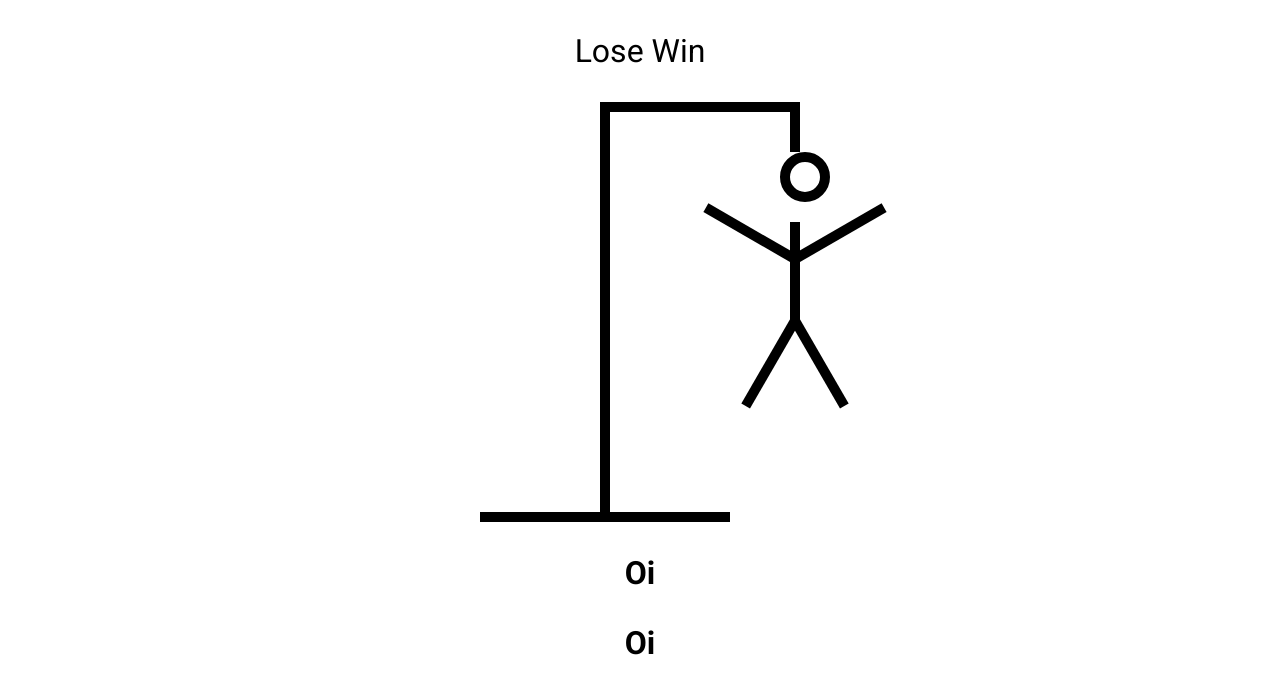
Repository: guilhermecardoso93/jogodaforca
Page: /
The author's editor kept a copy of each file at every save. The page is drawn from the files as they stood at one save, then again after the next save.
The browser window is 1280 px wide. The pictures show the whole page.
The project was rebuilt for these pictures with package versions that can differ from the ones it lists, and the page was loaded fresh each time. Also part of the build but not shown: vite.config.ts.

Above is the page before, as saved 2022-12-06 21:03:14.

### index.html
<!DOCTYPE html>
<html lang="en">
  <head>
    <meta charset="UTF-8" />
    <link rel="icon" type="image/svg+xml" href="/vite.svg" />
    <meta name="viewport" content="width=device-width, initial-scale=1.0" />
    <link rel="preconnect" href="https://fonts.googleapis.com"><link
      rel="preconnect" href="https://fonts.gstatic.com" crossorigin><link
      href="https://fonts.googleapis.com/css2?family=Roboto:ital,wght@0,400;0,500;0,700;1,400&display=swap"
      rel="stylesheet">
    <title>Vite + React + TS</title>
  </head>
  <body>
    <div id="root"></div>
    <script type="module" src="/src/main.tsx"></script>
  </body>
</html>

### src/App.tsx
import { useState } from "react";
import words from "./wordList.json";

import { HangmanDrawing } from "./components/HangmanDrawing";
import { HangmanWord } from "./components/HangmanWord";
import { Keyboard } from "./components/Keyboard";

import "./App.css";

export function App() {
  const randomWords = () => {
    return words[Math.floor(Math.random() * words.length)];
  };

  const [wordToGuess, setWordToGuess] = useState(randomWords);
  const [guessedLetters, setGuessedLetters] = useState<string[]>([]);

  console.log(wordToGuess);
  return (
    <div className="container">
      <div className="loseOrWin">Lose Win</div>
      <HangmanDrawing />
      <HangmanWord />
      <Keyboard />
    </div>
  );
}

### src/wordList.json
[
  "capaz",
  "sobre",
  "absoluto",
  "aceitar",
  "conta",
  "alcançar",
  "através",
  "ativo",
  "real",
  "Admitem",
  "anunciar",
  "afetar",
  "proporcionar",
  "depois",
  "tarde",
  "novamente",
  "contra",
  "agente",
  "aceita",
  "permitir",
  "quase",
  "já",
  "tudo bem",
  "também",
  "Apesar",
  "sempre",
  "América",
  "quantia",
  "outro",
  "responda",
  "separado",
  "aparente",
  "aparecer",
  "Aplique",
  "nomear",
  "abordagem",
  "apropriado",
  "área",
  "argumentar",
  "arranjo",
  "associado",
  "presumir",
  "participar",
  "autoridade",
  "acessível",
  "consciente",
  "horrível",
  "bebê",
  "Saldo",
  "bola",
  "banco",
  "base",
  "base",
  "urso",
  "bater",
  "beleza",
  "Porque",
  "antes da",
  "começar",
  "acreditam",
  "beneficiar",
  "melhor",
  "entre",
  "conta",
  "nascimento",
  "Preto",
  "cara",
  "sangue",
  "golpe",
  "limite",
  "linha",
  "Lista",
  "ouço",
  "pequena",
  "viver",
  "carregar",
  "local",
  "trancar",
  "Londres",
  "grandes",
  "olhar",
  "senhor",
  "perder",
  "amor",
  "sorte",
  "almoço",
  "máquina",
  "faço",
  "gerir",
  "muitos",
  "marca",
  "mercado",
  "casar",
  "Combine",
  "matéria",
  "significa",
  "significado",
  "a medida",
  "encontrar",
  "membro",
  "menção",
  "meio",
  "poderia",
  "milha",
  "ouvir",
  "coração",
  "aquecer",
  "pesado",
  "inferno",
  "ajuda",
  "aqui",
  "Alto",
  "história",
  "aguarde",
  "feriado",
  "casa",
  "honesto",
  "esperança",
  "cavalo",
  "hospital",
  "hora",
  "lar",
  "Contudo",
  "olá",
  "centenas",
  "esposo",
  "idéia",
  "identificar",
  "Imagine",
  "importante",
  "melhorar",
  "incluir",
  "renda",
  "aumentar",
  "na verdade",
  "Individual",
  "indústria",
  "informar",
  "garantir",
  "interesse",
  "em",
  "introduzir",
  "investir",
  "envolver",
  "questão",
  "item",
  "Jesus",
  "Junte",
  "juiz",
  "pular",
  "apenas",
  "guarda",
  "matar",
  "Gentil",
  "rei",
  "cozinha",
  "bater",
  "conhecer",
  "trabalho",
  "senhora",
  "terra",
  "Língua",
  "ampla",
  "último",
  "tarde",
  "riso",
  "conduzir",
  "aprender",
  "sair",
  "deixei",
  "menos",
  "carta",
  "nível",
  "vida",
  "leve",
  "Curti",
  "provável",
  "cinco",
  "apartamento",
  "piso",
  "Segue",
  "Comida",
  "pé",
  "força",
  "esquecer",
  "Formato",
  "fortuna",
  "frente",
  "quatro",
  "França",
  "gratuitamente",
  "amigo",
  "a partir de",
  "frente",
  "cheio",
  "função",
  "fundo",
  "futuro",
  "jogos",
  "jardim",
  "em geral",
  "Alemanha",
  "menina",
  "dar",
  "vidro",
  "Boa",
  "adeus",
  "governo",
  "grande",
  "conceder",
  "excelente",
  "verde",
  "chão",
  "grupo",
  "crescer",
  "acho",
  "cabelo",
  "metade",
  "corredor",
  "mão",
  "pendurar",
  "acontecer",
  "feliz",
  "duro",
  "odiar",
  "tenho",
  "cabeça",
  "saúde"
]

### src/components/HangmanDrawing.tsx
const HEAD = (
  <div
    style={{
      width: "50px",
      height: "50px",
      borderRadius: "100%",
      border: "10px solid black",
      position: "absolute",
      top: "50px",
      right: "-30px",
    }}
  />
);

const BODY = (
  <div
    style={{
      width: "10px",
      height: "100px",
      background: "black",
      position: "absolute",
      top: "120px",
      right: 0,
    }}
  />
);

const RIGHT_ARM = (
  <div
    style={{
      width: "100px",
      height: "10px",
      background: "black",
      position: "absolute",
      top: "150px",
      right: "-100px",
      rotate: "-30deg",
      transformOrigin: "left bottom",
    }}
  />
);

const LEFT_ARM = (
  <div
    style={{
      width: "100px",
      height: "10px",
      background: "black",
      position: "absolute",
      top: "150px",
      right: "10px",
      rotate: "30deg",
      transformOrigin: "right bottom",
    }}
  />
);

const RIGHT_LEG = (
  <div
    style={{
      width: "100px",
      height: "10px",
      background: "black",
      position: "absolute",
      top: "210px",
      right: "-90px",
      rotate: "60deg",
      transformOrigin: "left bottom",
    }}
  />
);

const LEFT_LEG = (
  <div
    style={{
      width: "100px",
      height: "10px",
      background: "black",
      position: "absolute",
      top: "210px",
      right: 0,
      rotate: "-60deg",
      transformOrigin: "right bottom",
    }}
  />
);

const BODY_PARTS = [HEAD, BODY, RIGHT_ARM, LEFT_ARM, RIGHT_LEG, LEFT_LEG];

type HangmanDrawingProps = {
  numberOfGuesses: number
}

export function HangmanDrawing() {
  return (
    <div style={{ position: "relative" }}>
      {BODY_PARTS}
      <div
        style={{
          height: "50px",
          width: "10px",
          background: "black",
          position: "absolute",
          top: 0,
          right: 0,
        }}
      />
      <div
        style={{
          height: "10px",
          width: "200px",
          background: "black",
          marginLeft: "120px",
        }}
      />
      <div
        style={{
          height: "400px",
          width: "10px",
          background: "black",
          marginLeft: "120px",
        }}
      />
      <div style={{ height: "10px", width: "250px", background: "black" }} />
    </div>
  );
}

### src/components/HangmanWord.tsx
export function HangmanWord() {
  return (
    <div>
      <h1>Oi</h1>
    </div>
  )
}

### src/components/Keyboard.tsx
export function Keyboard() {
  return (
    <div>
      <h1>Oi</h1>
    </div>
  )
}

### src/App.css
* {
  margin: 0;
  passing: 0;
  box-sizing: border-box;
  font-family: 'Roboto', sans-serif;
}

body {
  margin: 2rem;
}

.container {
  max-width: 800px;
  display: flex;
  flex-direction: column;
  gap: 2rem;
  margin: 0 auto;
  align-items: center;
  justify-content: center;
}

.loseOrWin {
  font-size: 2rem;
  text-align: center;
}

Loaded but not shown: src/main.tsx (common file)

After the next save:
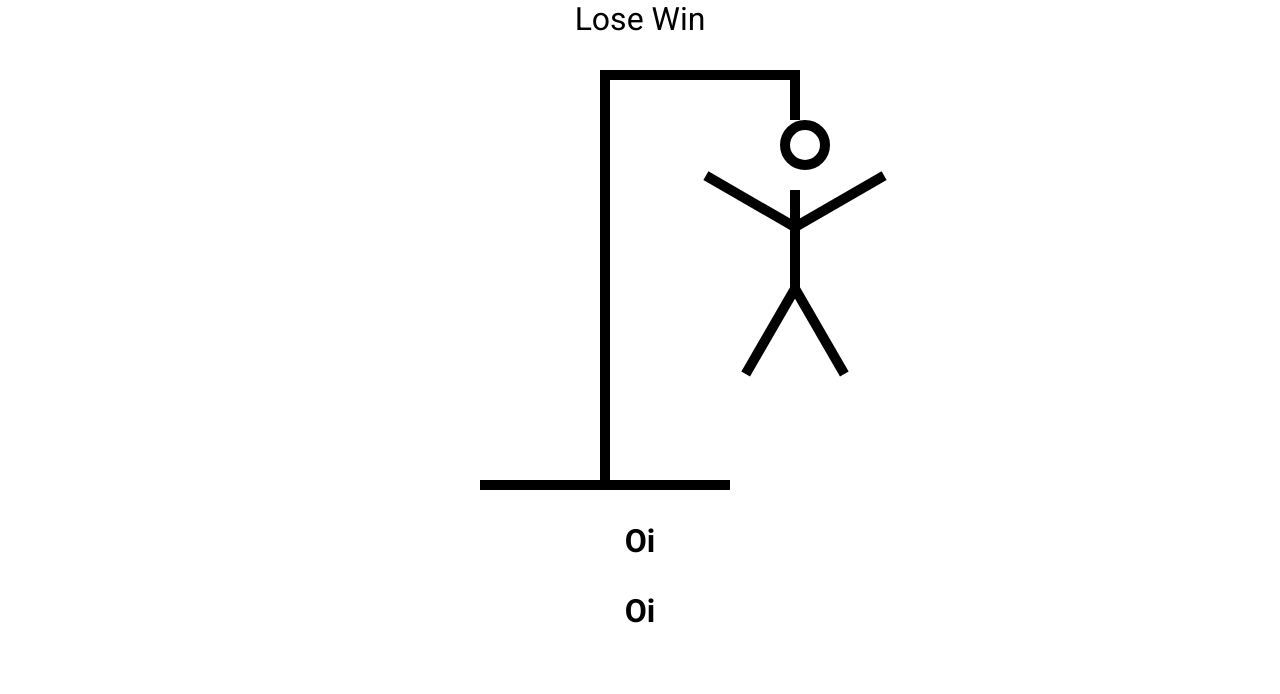
Saved 21 s later.
--- a/src/App.css
+++ b/src/App.css
@@ -5,9 +5,6 @@
   font-family: 'Roboto', sans-serif;
 }
 
-body {
-  margin: 2rem;
-}
 
 .container {
   max-width: 800px;

After the save that followed:
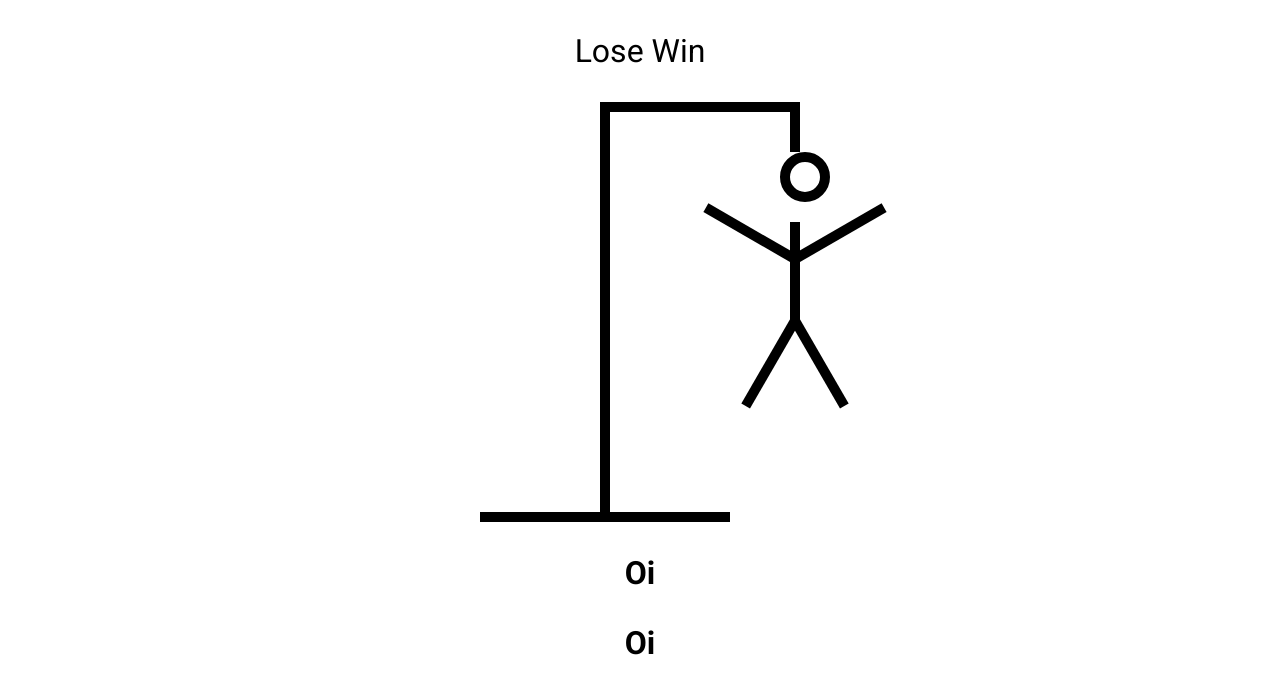
Saved 4 s later.
--- a/src/App.css
+++ b/src/App.css
@@ -5,6 +5,9 @@
   font-family: 'Roboto', sans-serif;
 }
 
+body {
+  margin: 2rem;
+}
 
 .container {
   max-width: 800px;
